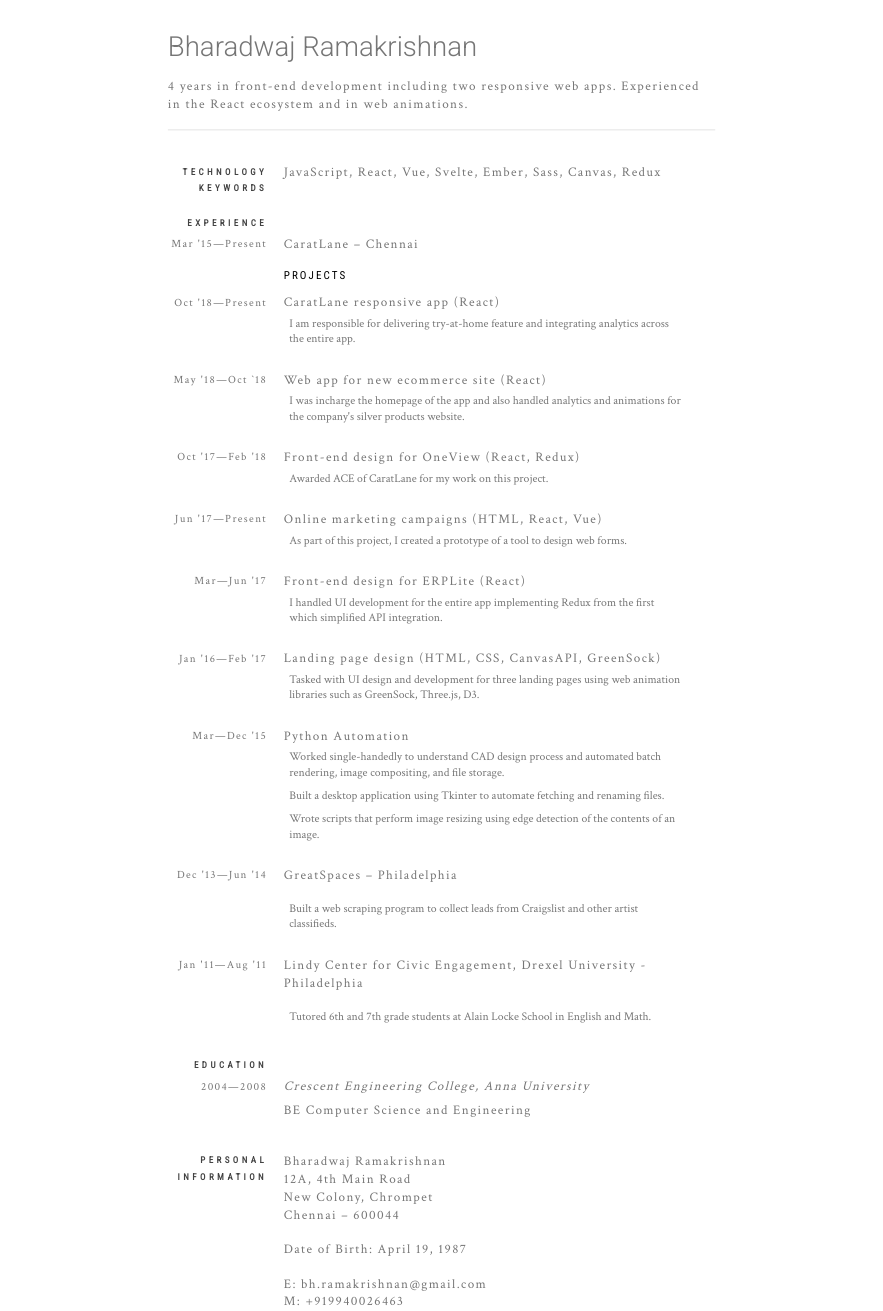
Repository: nosplashurinal/resume
Page: index.html
An editor plug-in stored every save of this project. The page is shown before and after the next save, followed by the edit.
The browser window is 1280 px wide. The pictures show the whole page, at 69% of full size.

Above is the page before, as saved 2019-01-03 01:36:04.

### index.html
<html lang="en">
  <head>
    <style>
      .page {
        width: 21cm;
        height: 29.7cm;
        margin: auto;
        padding: 0.5in;
      }
    </style>
    <link
      href="https://fonts.googleapis.com/css?family=Roboto+Condensed|Roboto:300|Crimson+Text"
      rel="stylesheet"
    />
    <link rel="stylesheet" href="/style.css" />
  </head>

  <body>
    <div class="page">
      <div class="header">
        <h1>Bharadwaj Ramakrishnan</h1>
        <p>
          4 years in front-end development including two responsive web apps.
          Experienced in the React ecosystem and in web animations.
        </p>
      </div>
      <svg height="1" width="100%">
        <line
          x1="0"
          y1="0"
          x2="100%"
          y2="0"
          style="stroke:#767676;stroke-width:1"
        />
      </svg>
      <div class="body-block"></div>
      <div class="body-block">
        <div class="gutter-container"><h2>TECHNOLOGY KEYWORDS</h2></div>
        <p>JavaScript, React, Vue, Svelte, Ember, Sass, Canvas, Redux</p>
      </div>
      <div class="body-block">
        <div class="gutter-container"><h2>EXPERIENCE</h2></div>
        <div class="exp-block">
          <div class="company">
            <p class="date">Mar '15&mdash;Present</p>
            <p>CaratLane – Chennai</p>
          </div>
          <h3>PROJECTS</h3>
          <div class="project-block">
            <p class="date">Oct '18&mdash;Present</p>
            <p class="title">CaratLane responsive app (React)</p>
            <ul class="desc">
              <li>
                I am responsible for delivering try-at-home feature and
                integrating analytics across the entire app.
              </li>
            </ul>
          </div>
          <div class="project-block">
            <p class="date">May '18&mdash;Oct `18</p>
            <p class="title">Web app for new ecommerce site (React)</p>
            <ul class="desc">
              <li>
                I was incharge the homepage of the app and also handled
                analytics and animations for the company's silver products
                website.
              </li>
            </ul>
          </div>
          <div class="project-block">
            <p class="date">Oct '17&mdash;Feb '18</p>
            <p class="title">Front-end design for OneView (React, Redux)</p>
            <ul class="desc">
              <li>Awarded ACE of CaratLane for my work on this project.</li>
            </ul>
          </div>
          <div class="project-block">
            <p class="date">Jun '17&mdash;Present</p>
            <p class="title">Online marketing campaigns (HTML, React, Vue)</p>
            <ul class="desc">
              <li>
                As part of this project, I created a prototype of a tool to
                design web forms.
              </li>
            </ul>
          </div>
          <div class="project-block">
            <p class="date">Mar&mdash;Jun '17</p>
            <p class="title">Front-end design for ERPLite (React)</p>
            <ul class="desc">
              <li>
                I handled UI development for the entire app implementing Redux
                from the first which simplified API integration.
              </li>
            </ul>
          </div>
          <div class="project-block">
            <p class="date">Jan '16&mdash;Feb '17</p>
            <p class="title">
              Landing page design (HTML, CSS, CanvasAPI, GreenSock)
            </p>
            <ul class="desc">
              <li>
                Tasked with UI design and development for three landing pages
                using web animation libraries such as GreenSock, Three.js, D3.
              </li>
            </ul>
          </div>
          <div class="project-block">
            <p class="date">Mar&mdash;Dec '15</p>
            <p class="title">Python Automation</p>
            <ul class="desc">
              <li>
                Worked single-handedly to understand CAD design process and
                automated batch rendering, image compositing, and file storage.
              </li>
              <li>
                Built a desktop application using Tkinter to automate fetching
                and renaming files.
              </li>
              <li>
                Wrote scripts that perform image resizing using edge detection
                of the contents of an image.
              </li>
            </ul>
          </div>
          <div class="company">
            <p class="date">Dec '13&mdash;Jun '14</p>
            <p>GreatSpaces – Philadelphia</p>
          </div>
          <div class="project-block">
            <ul class="desc">
              <li>
                Built a web scraping program to collect leads from Craigslist
                and other artist classifieds.
              </li>
            </ul>
          </div>
          <div class="company">
            <p class="date">Jan '11&mdash;Aug '11</p>
            <p>
              Lindy Center for Civic Engagement, Drexel University -
              Philadelphia
            </p>
          </div>
          <div class="project-block">
            <ul class="desc">
              <li>
                Tutored 6th and 7th grade students at Alain Locke School in
                English and Math.
              </li>
            </ul>
          </div>
        </div>
      </div>
      <div class="body-block">
        <div class="gutter-container"><h2>EDUCATION</h2></div>
        <div class="education-block">
          <div class="education">
            <p class="italic">Crescent Engineering College, Anna University</p>
            <p class="date">2004&mdash;2008</p>
            <p>BE Computer Science and Engineering</p>
          </div>
        </div>
      </div>
      <div class="body-block">
        <div class="gutter-container"><h2>PERSONAL INFORMATION</h2></div>
        <div class="block-section">
          <p>Bharadwaj Ramakrishnan</p>
          <p>12A, 4th Main Road</p>
          <p>New Colony, Chrompet</p>
          <p>Chennai – 600044</p>
        </div>
        <div class="block-section"><p>Date of Birth: April 19, 1987</p></div>
        <div class="block-section">
          <p>E: bh.ramakrishnan@gmail.com</p>
          <p>M: +919940026463</p>
        </div>
      </div>
    </div>
  </body>
</html>

### dist/style.css
html, body, div, span, applet, object, iframe,
h1, h2, h3, h4, h5, h6, p, blockquote, pre,
a, abbr, acronym, address, big, cite, code,
del, dfn, em, img, ins, kbd, q, s, samp,
small, strike, strong, sub, sup, tt, var,
b, u, i, center,
dl, dt, dd, ol, ul, li,
fieldset, form, label, legend,
table, caption, tbody, tfoot, thead, tr, th, td,
article, aside, canvas, details, embed,
figure, figcaption, footer, header, hgroup,
menu, nav, output, ruby, section, summary,
time, mark, audio, video {
	margin: 0;
	padding: 0;
	border: 0;
	font-size: 100%;
	font: inherit;
	vertical-align: baseline;
}
article, aside, details, figcaption, figure,
footer, header, hgroup, menu, nav, section {
	display: block;
}
body {
	line-height: 1;
}
ol, ul {
	list-style: none;
}
blockquote, q {
	quotes: none;
}
blockquote:before, blockquote:after,
q:before, q:after {
	content: '';
	content: none;
}
table {
	border-collapse: collapse;
	border-spacing: 0;
}

h1, h3, h4 {
	font-family: 'Roboto', sans-serif;
}
.header {
  margin-bottom: 0.25in;
}
.body-block {
	padding: 0 0.5in 0 1.75in;
	margin-bottom: 0.5in;
}
.gutter-container {
	position: absolute;
	margin-left: -1.75in;
	width: 1.5in;
}
.gutter-container h2 {
	line-height: 24px;
	letter-spacing: 5px;
	text-align: right;
	font-weight: bold;
}
h1 {
	font-size: 40px;
	color: #767676;
	margin-bottom: 0.25in;
}
h2 {
	font-size: 13px;
	color: #434343;
	font-family: 'Roboto Condensed', sans-serif;
}
p {
	font-family: 'Crimson Text', serif;
	color: #767676;
	letter-spacing: 2px;
	line-height: 26px;
	font-size: 19px;
}
.italic {
	font-style: italic;
}
.bold {
	font-weight: bold;
}
.education {
	position: relative;
}
.date {
	position: absolute;
	width: 1.5in;
	left: -1.75in;
	top: 0;
	text-align: right;
	font-family: 'Crimson Text', serif;
	font-size: 16px;
	color: #767676;
}
.education p:nth-child(1) {
	margin-bottom: 8px;
}
.block-section {
	margin-bottom: 0.25in;
}
.exp-block {
	position: relative;
}
.exp-block 	h3 {
	margin-bottom: 0.2in;
	font-family: 'Roboto Condensed', sans-serif;
	letter-spacing: 3px;
}
.company {
	margin-bottom: 0.25in;
	position: relative;
}
.education-block, .exp-block {
	padding-top: 30px;
}
.project-block {
	position: relative;
	color: #767676;
	margin-bottom: 36px;
}
.project-block .title {
	margin-bottom: 6px;
}
ul.desc {
	font-family: 'Crimson Text', serif;
	font-size: 17px;
	line-height: 22px;
}
.desc li {
	margin-bottom: 12px;
	margin-left: 8px;
}
.desc li::before {
	/* content: '-'; */
	display: inline-block;
	margin-right: 6px;
	font-weight: bold;
}

After the next save:
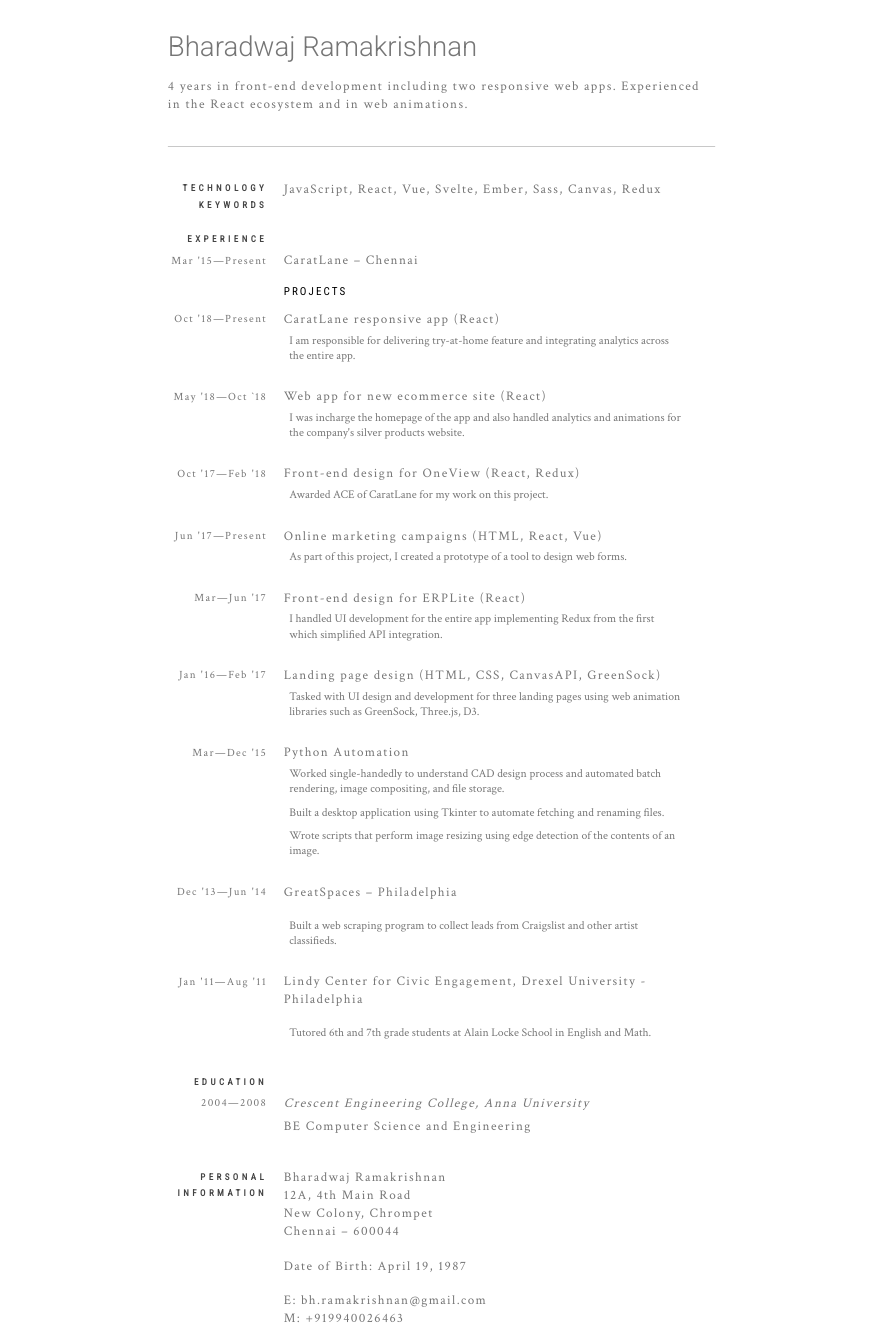
Saved 27 s later.
--- a/dist/style.css
+++ b/dist/style.css
@@ -45,7 +45,7 @@
 	font-family: 'Roboto', sans-serif;
 }
 .header {
-  margin-bottom: 0.25in;
+  margin-bottom: 0.5in;
 }
 .body-block {
 	padding: 0 0.5in 0 1.75in;

After the save that followed:
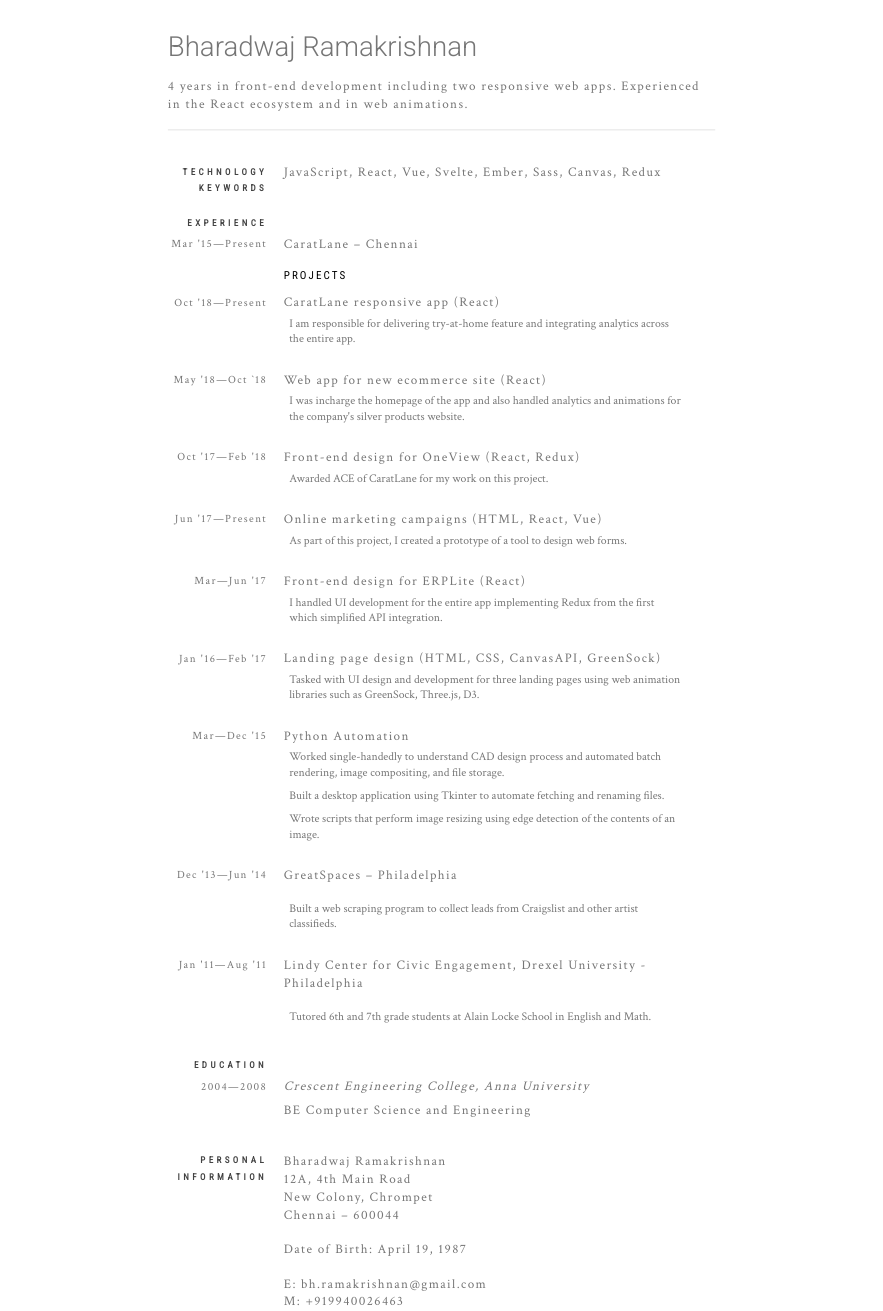
Saved 6 s later.
--- a/dist/style.css
+++ b/dist/style.css
@@ -45,7 +45,7 @@
 	font-family: 'Roboto', sans-serif;
 }
 .header {
-  margin-bottom: 0.5in;
+  margin-bottom: 0.25in;
 }
 .body-block {
 	padding: 0 0.5in 0 1.75in;
